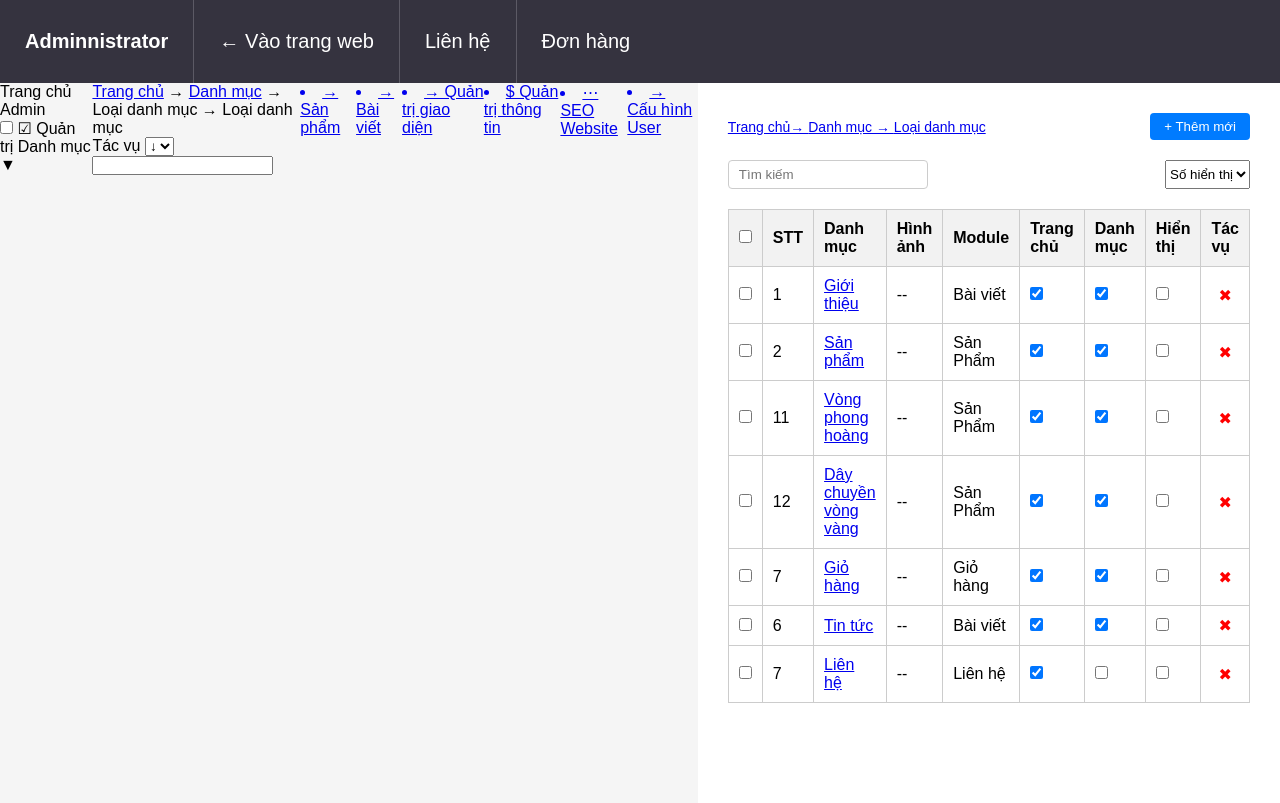
Repository: TranTanDat0606/Du-An-1
Page: Admin]/admin.html
An editor plug-in stored every save of this project. The page is shown before and after a run of saves, followed by the edit.
The browser window is 1280 px wide. The pictures show the whole page.

Above is the page before, as saved 2025-07-31 08:57:02.

After the next 4 saves:
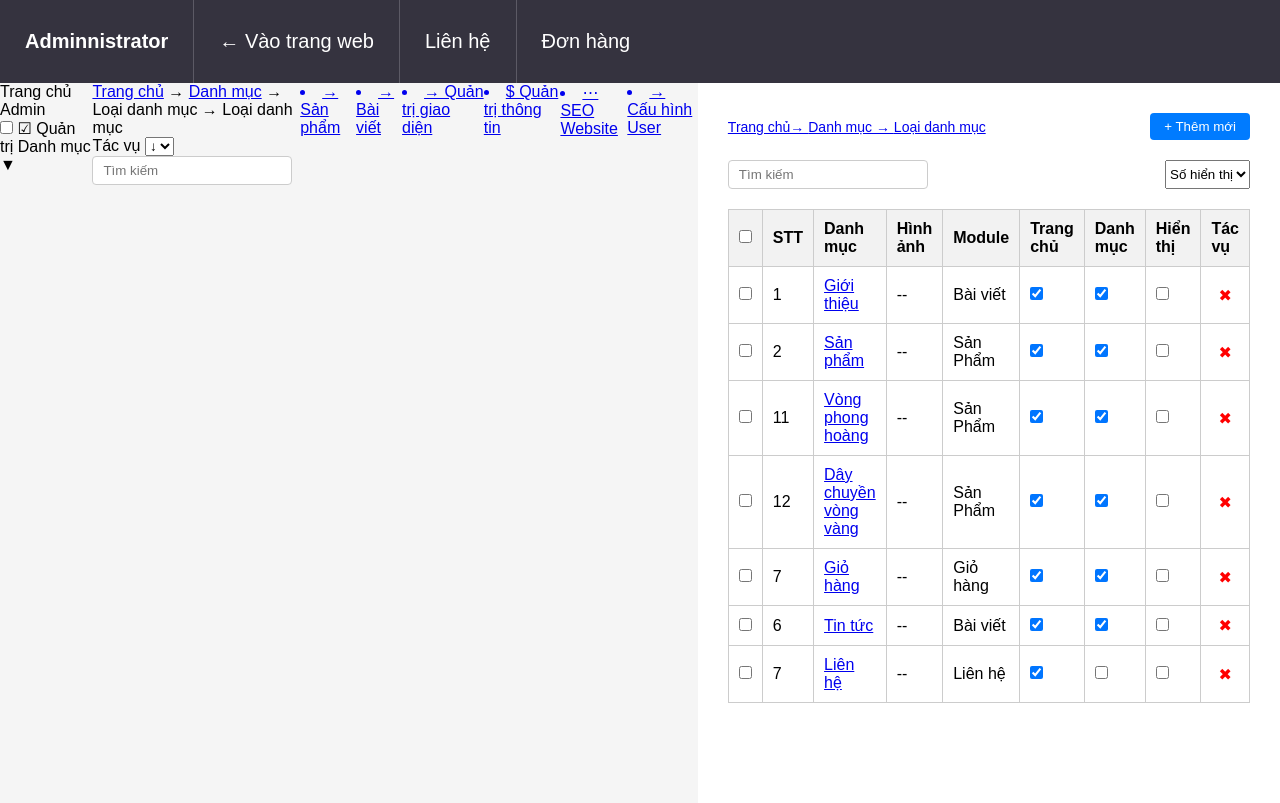
The 4 saves are shown as one change because they came seconds apart.
The last was saved 13 s later.
--- a/Admin]/admin.html
+++ b/Admin]/admin.html
@@ -32,7 +32,7 @@
                     <option>↓</option>
                 </select>
             </div>
-            <input type="text">
+            <input type="text" placeholder="Tìm kiếm" class="search-input" />
         </div>
     </div>
 
